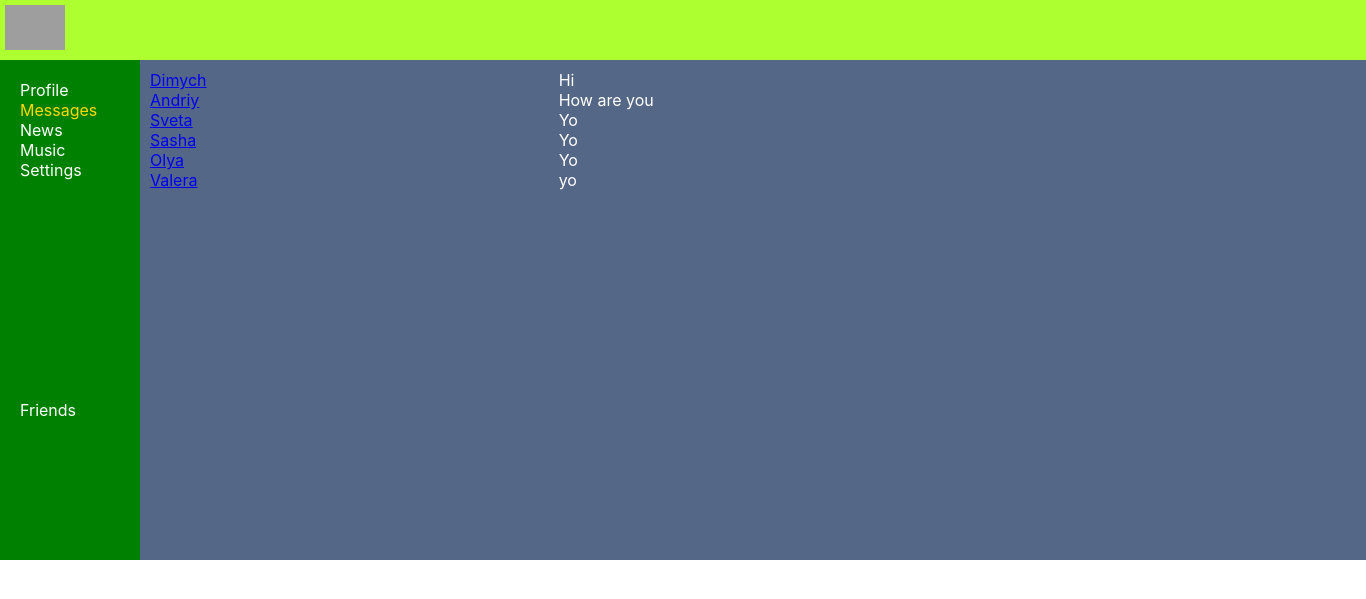
Repository: AndreyMykulych/FirstProject
Page: /dialogs
These files come from the project's save history. The page is drawn as it stood at one moment and after the next save; the edit follows.
The browser window is 1280 px wide. The page is 1366 px wide, so the pictures cover 1366 px, including what lies to the right of the window. The pictures show the whole page.
Pictures or frames that could not be fetched are drawn as grey boxes. The project was rebuilt for these pictures with package versions that can differ from the ones it lists, and the page was loaded fresh each time. Also part of the build but not shown: src/components/Profile/MyPosts/MyPosts.module.css, src/components/Profile/MyPosts/Post/Post.module.css, src/components/Profile/MyPosts/Post/Post.jsx, src/components/Profile/MyPosts/MyPosts.jsx, src/components/Profile/ProfileInfo/ProfileInfo.module.css, src/components/Profile/ProfileInfo/ProfileInfo.jsx, src/components/Profile/Profile.jsx, src/components/Sidebar/sidebarFriends.jsx.

Above is the page before, as saved 2022-06-08 20:27:50.

After the next save:
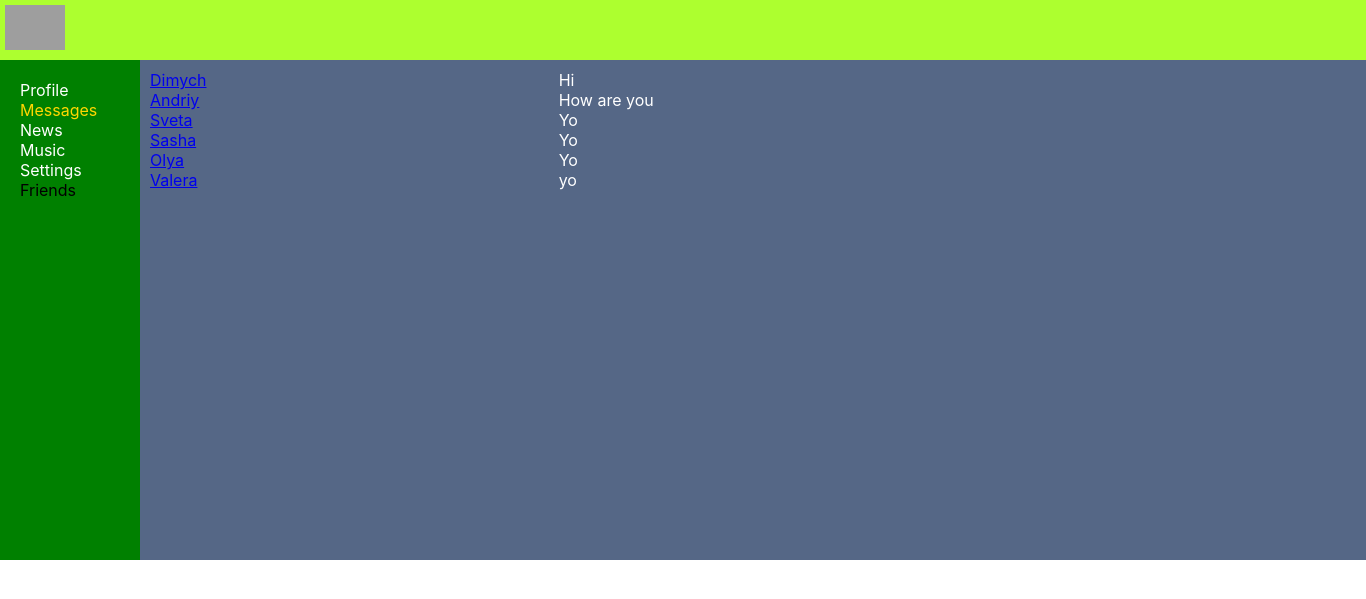
Saved 22 min 7 s later.
--- a/src/components/Navbar/Navbar.jsx
+++ b/src/components/Navbar/Navbar.jsx
@@ -21,7 +21,7 @@ const Navbar = (props) => {
            </div>
            <div>
            <div className={s.item}>
-            <NavLink to ='/friends' className={s.friendsBtn} >Friends</NavLink>
+              Friends
                </div>
                </div>
       </nav>
